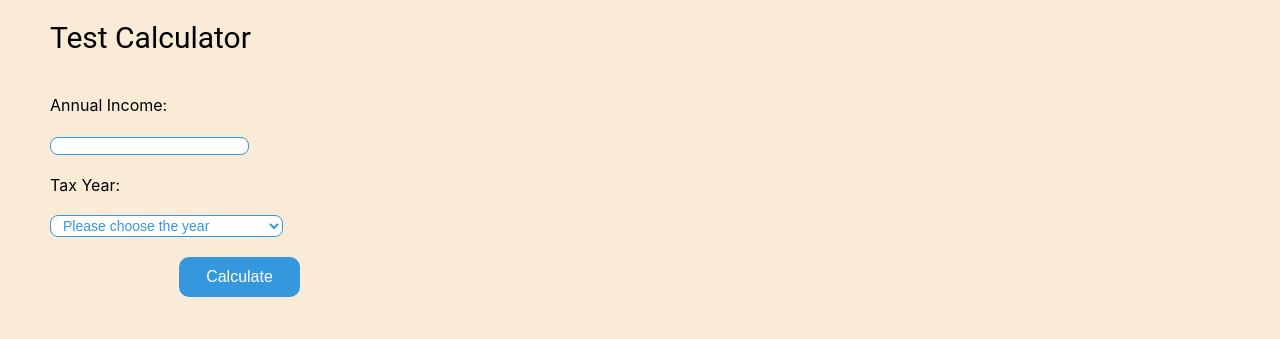
Repository: jbpadilha/taxcalculator
Page: /
These files come from the project's save history. The page is drawn as it stood at one moment and after the next save; the edit follows.
The browser window is 1280 px wide. The pictures show the whole page.
The project was rebuilt for these pictures with package versions that can differ from the ones it lists, and the page was loaded fresh each time.

Above is the page before, as saved 2023-06-17 21:57:34.

### src/index.tsx
import React from 'react';
import ReactDOM from 'react-dom/client';
import './index.css';
import App from './App';
import reportWebVitals from './reportWebVitals';

<link
    href="https://fonts.googleapis.com/css2?family=Roboto:ital,wght@0,300;0,400;0,500;0,700;1,400&display=swap"
    rel="stylesheet"
/>;

const root = ReactDOM.createRoot(
  document.getElementById('root') as HTMLElement
);
root.render(
  <React.StrictMode>
    <App />
  </React.StrictMode>
);

// If you want to start measuring performance in your app, pass a function
// to log results (for example: reportWebVitals(console.log))
// or send to an analytics endpoint. Learn more: https://bit.ly/CRA-vitals
reportWebVitals();

### src/index.css
body {
  background-color: #FAEBD7;
  margin: 0;
  font-family: -apple-system, BlinkMacSystemFont, 'Segoe UI', 'Roboto', 'Oxygen',
    'Ubuntu', 'Cantarell', 'Fira Sans', 'Droid Sans', 'Helvetica Neue',
    sans-serif;
  -webkit-font-smoothing: antialiased;
  -moz-osx-font-smoothing: grayscale;
}

code {
  font-family: source-code-pro, Menlo, Monaco, Consolas, 'Courier New',
    monospace;
}

### src/App.tsx
import React from 'react';
import RoutesComponent from './components/RouteComponent';

const App = () => {
  return (
    <div>
      <header>
      </header>
      <main>
        <RoutesComponent />
      </main>
      <footer>
        <div></div>
      </footer>
    </div>
  );
}

export default App;

### src/components/RouteComponent.tsx
import React from 'react';
import { BrowserRouter as Router, Route, Routes } from 'react-router-dom';

const Main = React.lazy(() => import('./Main'));
const ResultTax = React.lazy(() => import('./ResultTax'));

const RoutesComponent = () => {
    return (
        <Router>
            <Routes>
                <Route path={"/"} element={<Main />} />
                <Route path={"/results"} element={<ResultTax />} />
                <Route path="*" element={<Main />} />
            </Routes>
        </Router>
    );
}

export default RoutesComponent;

### src/components/Main.tsx
import React from 'react';
import { years } from '../config/constants';

const styles = {
    content: {
        marginTop: 20,
        minHeight: 200,
        paddingLeft: 50,
        width: 250
    },
    marginTop: {
        marginTop: 20,
    },
    title: {
        marginTop: 20,
        paddingBottom: 20,
        fontFamily: 'Roboto',
        fontSize: 30,
        color: '#000000',
        textDecoration: 'none solid rgb(0, 0, 0)',
    },
    description: {

    },
    contentButton: {
        marginTop: 20,
        display: 'flex',
        justifyContent: 'flex-end'
    },
    titleInput: {
        paddingTop: 10,
        width: 111,
        height: 18,
        fontSize: 16,
        color: '#000000',
        textSecoration: 'none solid rgb(0, 0, 0)',
    },
    input: {
        padding: '0px 8px',
        border: '1px solid #3598de',
        borderRadius: 8,
        backgroundColor: '#ffffff',
        backgroundSize: 'cover',
        fontSize: 14,
        color: '#3598de',
        textDecoration: 'none solid rgb(53, 152, 222)'
    },
    textInput: {
        width: 233,
        height: 22,
    },
    selectInput: {
        width: '100%'
    },
    button: {
        width: 121,
        height: 40,
        border: 0,
        borderRadius: 10,
        backgroundColor: '#3598de',
        backgroundSize: 'cover',
        fontSize: 16,
        color: '#ffffff',
        textDecoration: 'none solid rgb(255, 255, 255)',
    },
};

const Main = () => {

    const calculate = () => {};

    return (
        <div style={styles.content}>
            <div style={styles.title}>Test Calculator</div>
            <div style={styles.marginTop}>
                <div style={styles.marginTop}>
                    <div>
                        <label htmlFor='income' style={styles.titleInput}>Annual Income:</label>
                    </div>
                    <div style={styles.marginTop}>
                        <input style={styles.input} type="text" id="income" name="income" />
                    </div>
                </div>
                <div style={styles.marginTop}>
                    <div>
                        <label htmlFor='taxYear' style={styles.titleInput}>Tax Year:</label>
                    </div>
                    <div style={styles.marginTop}>
                    <select onChange={()=>{}} style={{...styles.input, ...styles.textInput}} id="taxYear" name="taxYear">
                        <option>Please choose the year</option>
                        {Array.from(years.entries()).map((entry) => {
                            const [key, value ] = entry;
                            return (<option key={key} >
                                {value}
                            </option>);
                        })}
                    </select>
                    </div>
                </div>
                <div style={styles.contentButton}>
                    <button style={styles.button} onClick={calculate}>Calculate</button>
                </div>
            </div>
        </div>
    );
}

export default Main;

### src/config/constants.ts
export const years = new Map<string, string>();
years.set('2019', '2019');
years.set('2020', '2020');
years.set('2021', '2021');
years.set('2022', '2022');

Loaded but not shown: public/index.html (common file); src/reportWebVitals.ts (common file)

After the next save:
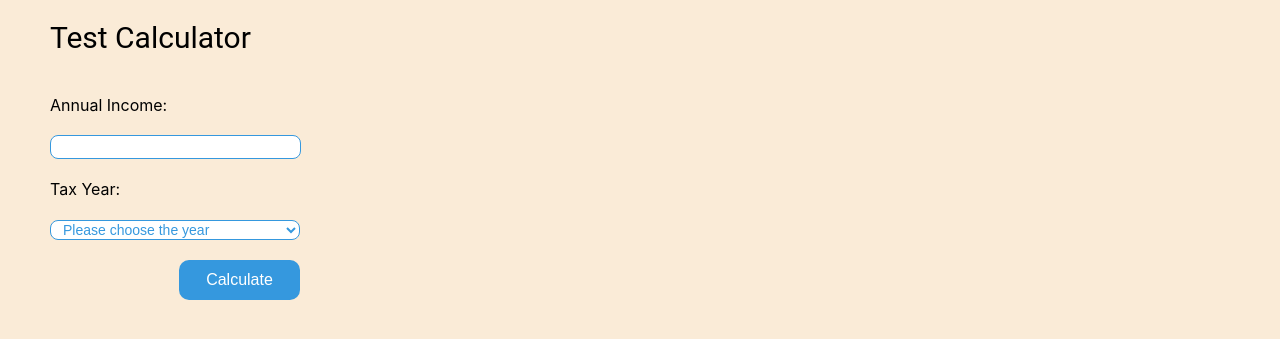
Saved 51 s later.
--- a/src/components/Main.tsx
+++ b/src/components/Main.tsx
@@ -78,7 +78,7 @@ const Main = () => {
                         <label htmlFor='income' style={styles.titleInput}>Annual Income:</label>
                     </div>
                     <div style={styles.marginTop}>
-                        <input style={styles.input} type="text" id="income" name="income" />
+                        <input style={{...styles.input, ...styles.textInput}} type="text" id="income" name="income" />
                     </div>
                 </div>
                 <div style={styles.marginTop}>
@@ -86,7 +86,7 @@ const Main = () => {
                         <label htmlFor='taxYear' style={styles.titleInput}>Tax Year:</label>
                     </div>
                     <div style={styles.marginTop}>
-                    <select onChange={()=>{}} style={{...styles.input, ...styles.textInput}} id="taxYear" name="taxYear">
+                    <select onChange={()=>{}} style={{...styles.input, ...styles.selectInput}} id="taxYear" name="taxYear">
                         <option>Please choose the year</option>
                         {Array.from(years.entries()).map((entry) => {
                             const [key, value ] = entry;
